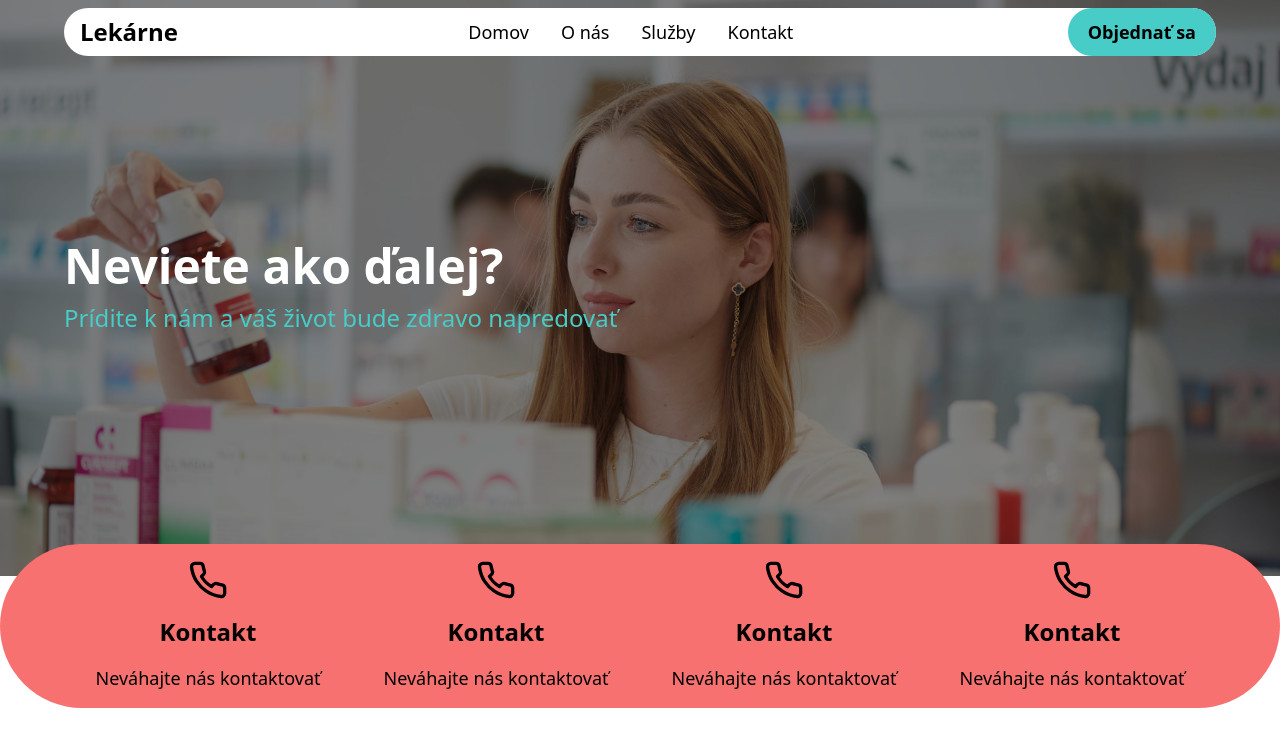
Repository: SimonSkoda13/Lekaren
Page: /
An editor plug-in stored every save of this project. The page is shown before and after the next save, followed by the edit.
The browser window is 1280 px wide. The pictures show the whole page.
The project was rebuilt for these pictures with package versions that can differ from the ones it lists, and the page was loaded fresh each time. The framework's server and built-in components were replaced by stand-ins that run in the browser. Also part of the build but not shown: next.config.js.

Above is the page before, as saved 2023-04-22 17:38:33.

### src/app/layout.tsx
import { Header } from "./components/Header/Header";
import "./globals.css";
import { Poppins } from "next/font/google";

export const metadata = {
  title: "Create Next App",
  description: "Generated by create next app",
};

export default function RootLayout({
  children,
}: {
  children: React.ReactNode;
}) {
  return (
    <html lang="en">
      <body className="bg-white min-h-[100vh]">
        <Header />
        <main>{children}</main>
        <footer></footer>
      </body>
    </html>
  );
}

### src/app/page.tsx
import Image from "next/image";
import { Inter } from "next/font/google";
import { HomeHero } from "./components/HomeHero/HomeHero";
import { Contact } from "./components/Contact/Contact";

const inter = Inter({ subsets: ["latin"] });

// page with

export default function Home() {
  return (
    <>
      <HomeHero
        title={"Neviete ako ďalej?"}
        image={"/homeBanner.jpg"}
        description={"Prídite k nám a váš život bude zdravo napredovať"}
      />
      <Contact
        items={[
          {
            title: "Kontakt",
            description: "Neváhajte nás kontaktovať",
            icon: "/contactIcon.svg",
          },
          {
            title: "Kontakt",
            description: "Neváhajte nás kontaktovať",
            icon: "/contactIcon.svg",
          },
          {
            title: "Kontakt",
            description: "Neváhajte nás kontaktovať",
            icon: "/contactIcon.svg",
          },
          {
            title: "Kontakt",
            description: "Neváhajte nás kontaktovať",
            icon: "/contactIcon.svg",
          },
        ]}
      />
    </>
  );
}

### src/app/components/Header/Header.tsx
import Link from "next/link";
import React from "react";

export interface HeaderProps {}

export const Header = (props: HeaderProps) => {
  const {} = props;
  return (
    <header className="cntn fixed w-full top-2 z-10">
      <div className="flex bg-white rounded-full">
        <h1 className="py-2 px-4 text-2xl font-bold">Lekárne</h1>
        <div className="py-2 px-4 flex gap-8 items-center mx-auto text-lg font-medium">
          <Link href="/">Domov</Link>
          <Link href="/onas">O nás</Link>
          <Link href="/sluzby">Služby</Link>
          <Link href="/kontakt">Kontakt</Link>
        </div>
        {/* button order self */}
        <div className="flex justify-center items-center px-5 p-0 bg-primary rounded-full text-lg font-bold">
          <Link href="/order">Objednať sa</Link>
        </div>
      </div>
    </header>
  );
};

### src/app/globals.css
@tailwind base;
@tailwind components;
@tailwind utilities;

@layer components {
  .cntn {
    @apply mx-auto px-4  max-w-screen-xl md:px-16;
  }
}

### src/app/components/HomeHero/HomeHero.tsx
import Image from "next/image";
import React from "react";
import { ImageGradient } from "./ImageGradient/ImageGradient";

export interface HomeHeroProps {
  title: string;
  image: string;
  description: string;
}

export const HomeHero = (props: HomeHeroProps) => {
  const { title, image, description } = props;
  return (
    <section className="relative h-[80vh] z-0 px-0">
      <div className="w-full h-full absolute left-0 top-0 ">
        {/* make filter for image to odd brightness from top biggest to bottom lowest */}
        <ImageGradient>
          <Image
            src={image}
            alt="Next.js logo"
            fill
            style={{
              objectFit: "cover",
              objectPosition: "center",
            }}
          />
        </ImageGradient>
      </div>
      <div className="cntn relative gap-3 h-full flex justify-center flex-wrap flex-col z-10">
        <h1 className="text-5xl font-bold text-white">{title}</h1>
        <p className="text-2xl text-primary">{description}</p>
      </div>
    </section>
  );
};

### src/app/components/Contact/Contact.tsx
import { Phone } from "lucide-react";
import Image from "next/image";
import React from "react";

export interface ContactProps {
  items?: {
    title: string;
    description: string;
    icon: string;
  }[];
}

export const Contact = (props: ContactProps) => {
  const { items } = props;
  return (
    <section className="cntn z-10 relative w-full min-h top-[-2rem] grid grid-cols-2 md:grid-cols-4 items-start bg-red-400 rounded-full">
      {items?.map((item) => (
        <div className="flex flex-col items-center gap-4 p-4">
          {/* <Image
            src={item.icon}
            alt={"contactIcon" + item.title}
            width={100}
            height={100}
          /> */}
          <Phone size={40} />
          <h2 className="text-2xl font-bold">{item.title}</h2>
          <p className="text-lg font-medium">{item.description}</p>
        </div>
      ))}
    </section>
  );
};

### src/app/components/HomeHero/ImageGradient/ImageGradient.tsx
import React from "react";

export interface ImageGradientProps {
  children: React.ReactNode;
}

export const ImageGradient = (props: ImageGradientProps) => {
  const { children } = props;
  return (
    <div className="relative w-full h-full brightness-50 overflow-hidden z-10">
      <div className="absolute inset-0 z-10"></div>
      {children}
    </div>
  );
};

### tailwind.config.js
/** @type {import('tailwindcss').Config} */
module.exports = {
  content: [
    "./src/pages/**/*.{js,ts,jsx,tsx,mdx}",
    "./src/components/**/*.{js,ts,jsx,tsx,mdx}",
    "./src/app/**/*.{js,ts,jsx,tsx,mdx}",
  ],
  theme: {
    extend: {
      colors: {
        primary: "#47CCC8",
        secondary: "#2D3663",
      },
    },
  },
  plugins: [],
};

Loaded but not shown: src/app/api/hello/route.ts (common file)

After the next save:
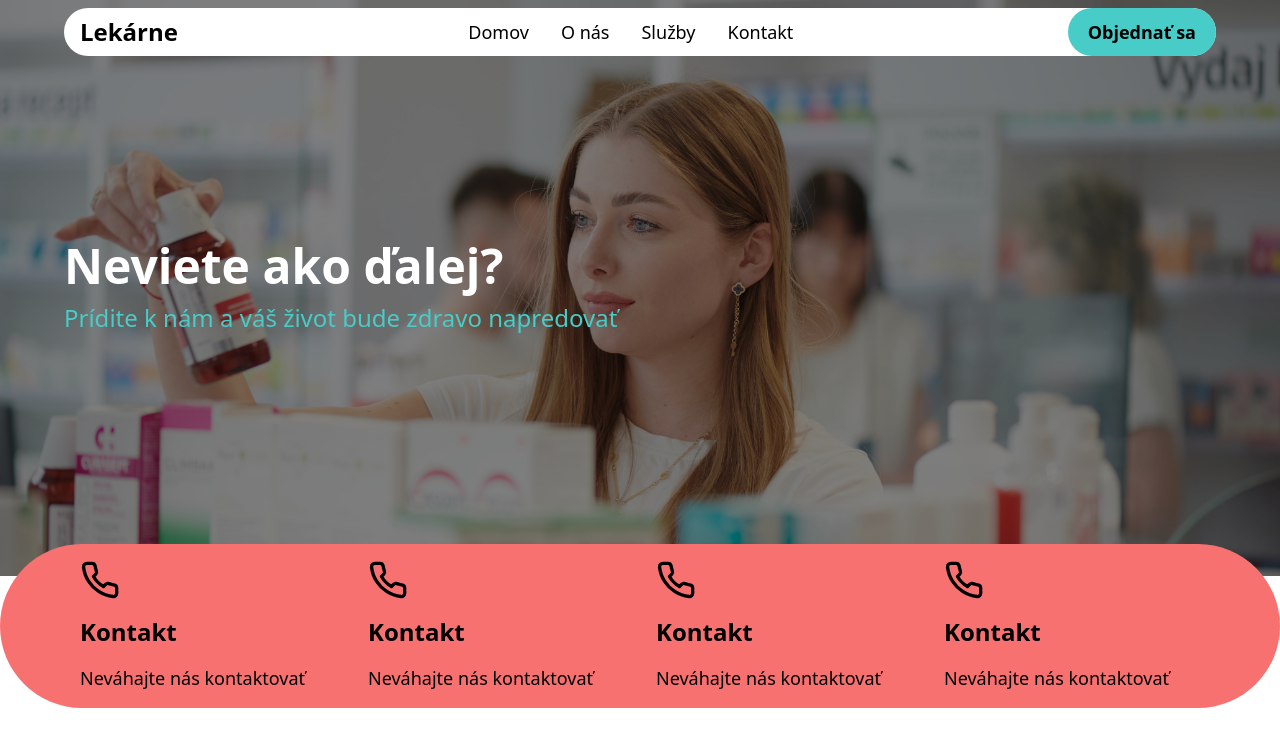
Saved 15 s later.
--- a/src/app/components/Contact/Contact.tsx
+++ b/src/app/components/Contact/Contact.tsx
@@ -15,7 +15,7 @@ export const Contact = (props: ContactProps) => {
   return (
     <section className="cntn z-10 relative w-full min-h top-[-2rem] grid grid-cols-2 md:grid-cols-4 items-start bg-red-400 rounded-full">
       {items?.map((item) => (
-        <div className="flex flex-col items-center gap-4 p-4">
+        <div className="flex flex-col items-start gap-4 p-4">
           {/* <Image
             src={item.icon}
             alt={"contactIcon" + item.title}
